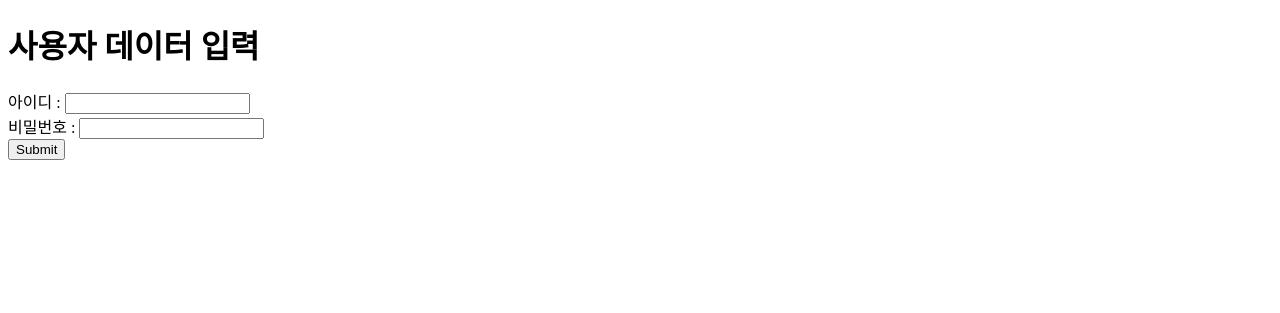
Repository: JeongWoo-Jang/Edu-Backup
Page: 5. HTML & CSS & JS/ClientTest/WebContent/ex17_form.html
The author's editor kept a copy of each file at every save. The page is drawn from the files as they stood at one save, then again after the next save.
The browser window is 1280 px wide. The pictures show the whole page.

Above is the page before, as saved 2020-06-22 03:26:25.

After the next save:
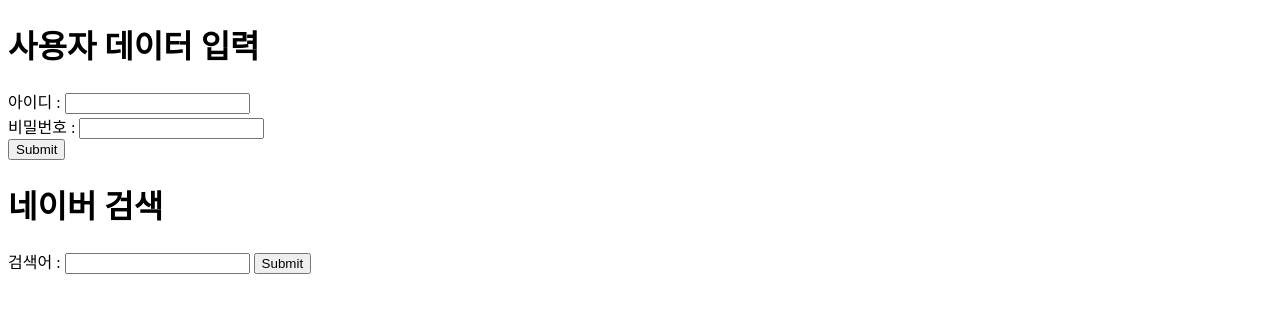
Saved 4 min 17 s later.
--- a/5. HTML & CSS & JS/ClientTest/WebContent/ex17_form.html
+++ b/5. HTML & CSS & JS/ClientTest/WebContent/ex17_form.html
@@ -36,7 +36,7 @@
                 - 중요한 데이터 전송할 때는 사용 금지
                 - 전송 데이터의 길이 제한 -> URL(256자) -> 4~6천바이트 정도 가능
                 - 숫자 or 영문 전송용, 한글 비권장(실제로 사용 많이 함)
-                - URL?이름=값&이름=값&이름=값
+                - URL?이름=값&이름=값&이름=값 : Query String
                 - 공백 허용 안함, 영어 + 숫자 조합
             b. POST
                 - 패킷의 본문에 넣어서 전송한다.
@@ -44,7 +44,6 @@
                 - 데이터가 노출이 안된다.
                 - 전송 데이터의 길이 무제한
                 - 보내는 데이터 종류 무관
-                - https://search.naver.com/search.naver?sm=top_hty&fbm=0&ie=utf8&query=%EC%9E%90%EB%B0%94 - base64 인코딩 처리
             -------------------------------------------------------------
             c. PUT
             d. UPDATE
@@ -67,5 +66,13 @@
         </div>
      </form>
 
+
+     <h1>네이버 검색</h1>
+
+     <form action="" method="">
+     	검색어 : <input type="text" name="">
+     	<input type="submit">
+     </form>
+
 </body>
 </html>
